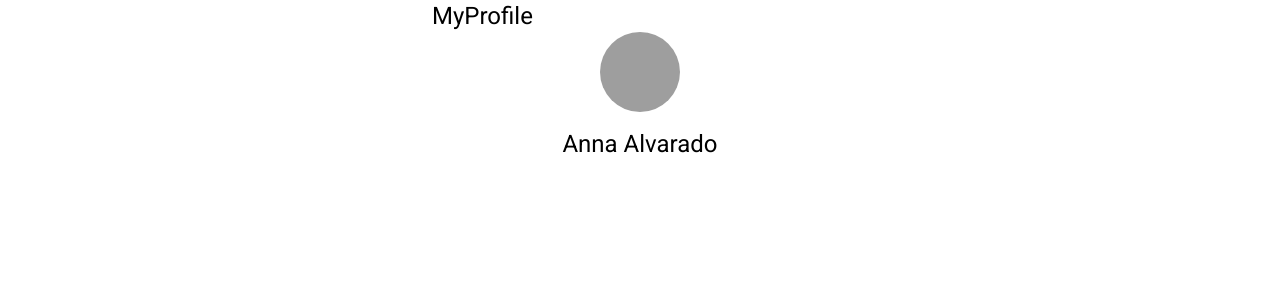
Repository: GokulDev4U/Immence_task
Page: /myProfile
These files come from the project's save history. The page is drawn as it stood at one moment and after a run of saves; the edit follows.
The browser window is 1280 px wide. The pictures show the whole page.
Pictures or frames that could not be fetched are drawn as grey boxes. The project was rebuilt for these pictures with package versions that can differ from the ones it lists, and the page was loaded fresh each time. Also part of the build but not shown: src/App.css, src/components/SinglePost/SinglePost.jsx, src/data/posts.js, src/components/Home/Home.jsx, src/data/userdata.js, src/components/ConversationList/ConversationList.jsx, src/components/Conversation/Conversation.jsx.

Above is the page before, as saved 2022-05-07 17:41:36.

### public/index.html
<!DOCTYPE html>
<html lang="en">
  <head>
    <meta charset="utf-8" />
    <link rel="icon" href="%PUBLIC_URL%/favicon.ico" />
    <meta name="viewport" content="width=device-width, initial-scale=1" />
    <meta name="theme-color" content="#000000" />
    <meta
      name="description"
      content="Web site created using create-react-app"
    />
    <link rel="apple-touch-icon" href="%PUBLIC_URL%/logo192.png" />
    <link
  rel="stylesheet"
  href="https://fonts.googleapis.com/css?family=Roboto:300,400,500,700&display=swap"
/>
<link
  rel="stylesheet"
  href="https://fonts.googleapis.com/icon?family=Material+Icons"
/>
    <!--
      manifest.json provides metadata used when your web app is installed on a
      user's mobile device or desktop. See https://developers.google.com/web/fundamentals/web-app-manifest/
    -->
    <link rel="manifest" href="%PUBLIC_URL%/manifest.json" />
    <!--
      Notice the use of %PUBLIC_URL% in the tags above.
      It will be replaced with the URL of the `public` folder during the build.
      Only files inside the `public` folder can be referenced from the HTML.

      Unlike "/favicon.ico" or "favicon.ico", "%PUBLIC_URL%/favicon.ico" will
      work correctly both with client-side routing and a non-root public URL.
      Learn how to configure a non-root public URL by running `npm run build`.
    -->
    <title>React App</title>
  </head>
  <body>
    <noscript>You need to enable JavaScript to run this app.</noscript>
    <div id="root"></div>
    <!--
      This HTML file is a template.
      If you open it directly in the browser, you will see an empty page.

      You can add webfonts, meta tags, or analytics to this file.
      The build step will place the bundled scripts into the <body> tag.

      To begin the development, run `npm start` or `yarn start`.
      To create a production bundle, use `npm run build` or `yarn build`.
    -->
  </body>
</html>

### src/App.js
import "./App.css";
import { BrowserRouter, Routes, Route } from "react-router-dom";
import Home from "./components/Home/Home";
import Conversation from "./components/Conversation/Conversation";
import MyProfile from "./components/MyProfile/MyProfile";

function App() {
  return (
    <div className="App">
      <BrowserRouter>
        <Routes>
          <Route path="/" element={<Home />} />
          <Route path="/conversation" element={<Conversation />} />
          <Route path="/myProfile" element={<MyProfile />} />
        </Routes>
      </BrowserRouter>
    </div>
  );
}

export default App;

### src/components/MyProfile/MyProfile.jsx
import React from 'react';
import Grid from '@mui/material/Grid';
import Box from '@mui/material/Box';
import Avatar from '@mui/material/Avatar';
import Typography from '@mui/material/Typography';
import Stack from '@mui/material/Stack';


const MyProfile = () => {
    return (
        <Box sx={{ flexGrow: 1 }}>
            <Grid container spacing={2}>
                <Grid item xs={4}></Grid>
                <Grid item xs={4}>
                    <Typography variant="h5">MyProfile</Typography>
                    <Stack direction="column" spacing={2} sx={{ alignItems: 'center' }}>
                        <Avatar alt="Remy Sharp" sx={{ width: 80, height: 80 }} src="https://static.remove.bg/remove-bg-web/a8b5118d623a6b3f4b7813a78c686de384352145/assets/start_remove-c851bdf8d3127a24e2d137a55b1b427378cd17385b01aec6e59d5d4b5f39d2ec.png" />
                        <Typography variant="h5">Anna Alvarado</Typography>
                        <Typography variant="h6" sx={{ maxWidth: 200 }}></Typography>
                    </Stack>
                    <Stack direction="row" spacing={2}>
                        {/* <Typography variant="h6">Anna Alvarado</Typography>
                        <Typography variant="h5"></Typography> */}

                    </Stack>
                </Grid>
                <Grid item xs={4}></Grid>
            </Grid>
        </Box>
    );
};

export default MyProfile;

### src/components/Card/Card.jsx
import React from 'react';
import Typography from '@mui/material/Typography';
import Stack from '@mui/material/Stack';

const Card = ({ text, number }) => {
    return (
        <Stack direction="column" spacing={2} sx={{ alignItems: 'center' }}>
            <Typography variant="h6">{text}</Typography>
            <Typography variant="h5">{number}</Typography>
        </Stack>
    );
};

export default Card;

Loaded but not shown: src/index.js (common file); src/index.css (common file); src/reportWebVitals.js (common file)

After the next 2 saves:
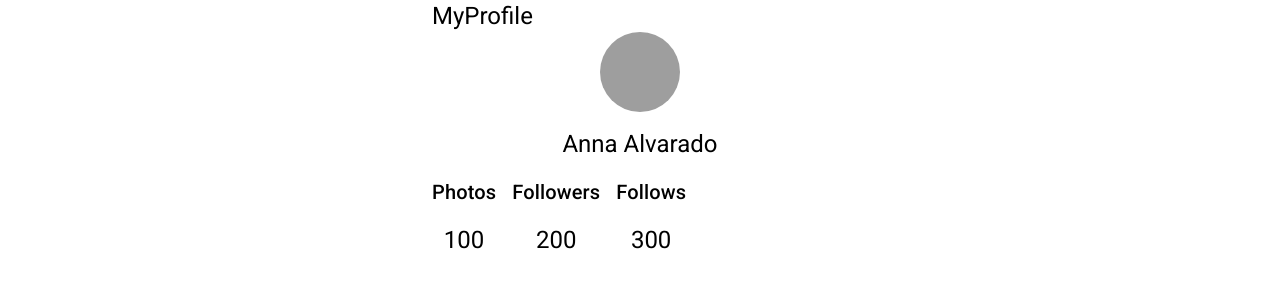
The 2 saves are shown as one change because 1 did not build or start.
The last was saved 70 s later.
--- a/src/components/MyProfile/MyProfile.jsx
+++ b/src/components/MyProfile/MyProfile.jsx
@@ -4,6 +4,7 @@ import Box from '@mui/material/Box';
 import Avatar from '@mui/material/Avatar';
 import Typography from '@mui/material/Typography';
 import Stack from '@mui/material/Stack';
+import Card from '../Card/Card';
 
 
 const MyProfile = () => {
@@ -19,9 +20,9 @@ const MyProfile = () => {
                         <Typography variant="h6" sx={{ maxWidth: 200 }}></Typography>
                     </Stack>
                     <Stack direction="row" spacing={2}>
-                        {/* <Typography variant="h6">Anna Alvarado</Typography>
-                        <Typography variant="h5"></Typography> */}
-
+                        <Card text="Photos" number="100" />
+                        <Card text="Followers" number="200" />
+                        <Card text="Follows" number="300" />
                     </Stack>
                 </Grid>
                 <Grid item xs={4}></Grid>
